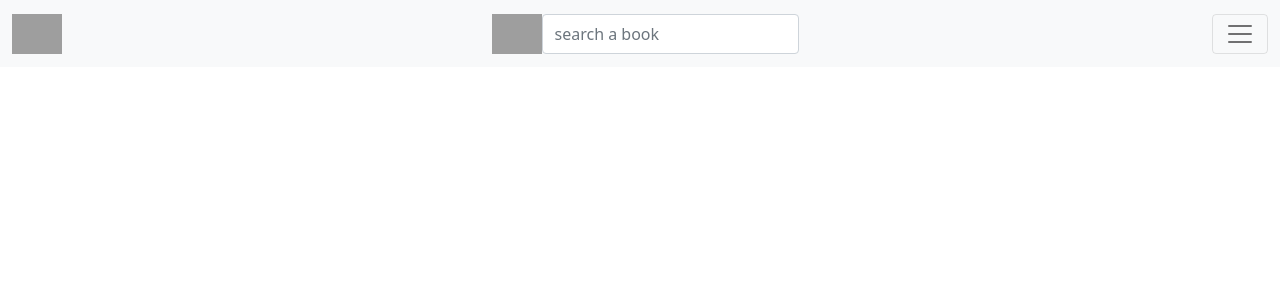
Repository: dilaraozdem1r/BooksApp
Page: /
An editor plug-in stored every save of this project. The page is shown before and after the next save, followed by the edit.
The browser window is 1280 px wide. The pictures show the whole page.
Pictures or frames that could not be fetched are drawn as grey boxes. The page's requests for data from a server got no answer. The project was rebuilt for these pictures with package versions that can differ from the ones it lists, and the page was loaded fresh each time. No one was signed in, and anything a server would have sent is missing. Also part of the build but not shown: src/Components/User.js.

Above is the page before, as saved 2021-08-19 18:24:31.

After the next save:
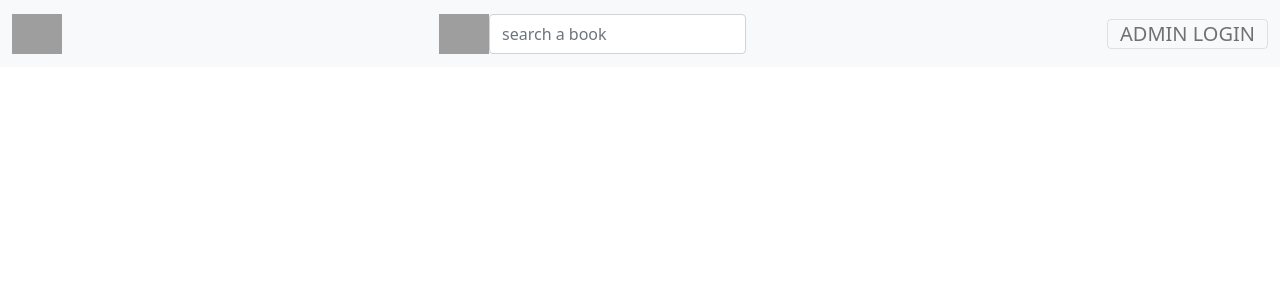
Saved 36 s later.
--- a/src/Components/App.js
+++ b/src/Components/App.js
@@ -48,9 +48,7 @@ class App extends React.Component {
     </a>
     <SearchBar search={this.searchMovie} />
     <div>
-      <button class="navbar-toggler" type="button" data-bs-toggle="collapse" data-bs-target="#navbarSupportedContent" aria-controls="navbarSupportedContent" aria-expanded="false" aria-label="Toggle navigation">
-      <span class="navbar-toggler-icon"></span>
-    </button>
+      <button class="navbar-toggler" type="button" data-bs-toggle="collapse" data-bs-target="#navbarSupportedContent" aria-controls="navbarSupportedContent" aria-expanded="false" aria-label="Toggle navigation">ADMIN LOGIN</button>
     </div>
 
 
